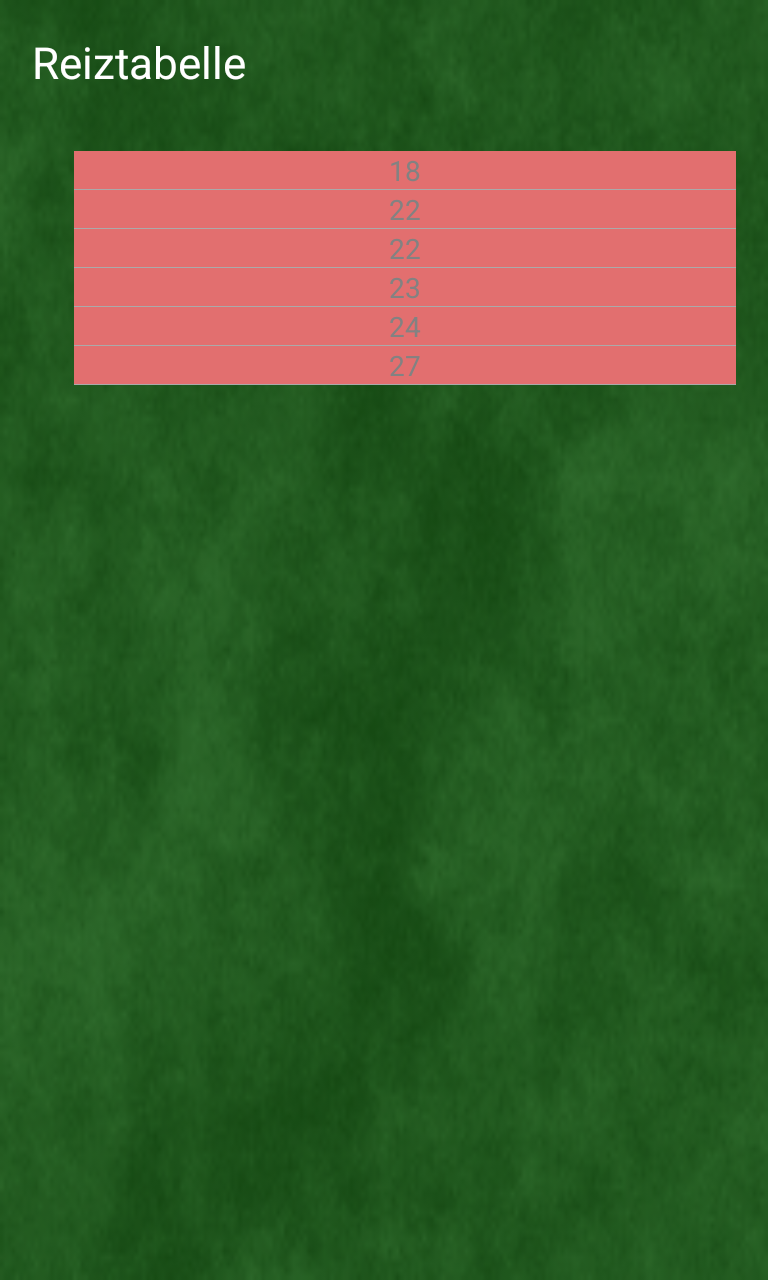
Repository: razinanu/InSy-Skat
Layout: InSy-Skat/res/layout/fragment_result.xml
An editor plug-in stored every save of this project. The layout is shown before and after the next save, followed by the edit.
It is drawn on a 768 x 1280 px phone screen (xhdpi) without system bars, with theme AppTheme; the app's code is not run.

Above is the layout before, as saved 2014-06-20 00:27:35.

### InSy-Skat/res/layout/fragment_result.xml
<RelativeLayout xmlns:android="http://schemas.android.com/apk/res/android"
    xmlns:tools="http://schemas.android.com/tools"
    android:layout_width="match_parent"
    android:layout_height="match_parent"
    android:paddingBottom="@dimen/activity_vertical_margin"
    android:paddingLeft="@dimen/activity_horizontal_margin"
    android:paddingRight="@dimen/activity_horizontal_margin"
    android:paddingTop="@dimen/activity_vertical_margin"
    android:background="@drawable/hintergrundapp"
    tools:context="com.example.insy_skat.ResultActivity$PlaceholderFragment" >

     <TextView
        android:id="@+id/reizTabelleText"
        android:layout_width="wrap_content"
        android:layout_height="wrap_content"
        android:text="@string/reizenTabelle"
        android:textAppearance="?android:attr/textAppearanceLarge"
        android:textColor="#ffffff" />

     <ScrollView
         android:id="@+id/scrollView1"
         android:layout_width="match_parent"
         android:layout_height="match_parent"
         android:layout_alignLeft="@+id/reizTabelleText"
         android:layout_below="@+id/reizTabelleText"
         android:layout_marginLeft="21dp"
         android:layout_marginTop="30dp"
          android:layout_marginBottom="30dp" >

         <LinearLayout
             android:layout_width="match_parent"
             android:layout_height="wrap_content"
             android:orientation="vertical" >

             <TextView
                 android:id="@+id/text18"
                 android:layout_width="match_parent"
                 android:layout_height="wrap_content"
                 android:textColor="@color/textnotAvailable"
                 android:background="@color/backgroundnotAvailable"
                 android:gravity="center"
                 android:text="@string/text18"
                 android:textAppearance="?android:attr/textAppearanceSmall" />
              <View
                android:layout_width="fill_parent"
                android:layout_height="0.2dp"
                android:visibility="visible"
                android:background="@android:color/darker_gray"/>
               <TextView
                 android:id="@+id/text20"
                 android:layout_width="match_parent"
                 android:layout_height="wrap_content"
                 android:textColor="@color/textnotAvailable"
                 android:background="@color/backgroundnotAvailable"
                 android:gravity="center"
                 android:text="@string/text22"
                 android:textAppearance="?android:attr/textAppearanceSmall" />
              <View
                android:layout_width="fill_parent"
                android:layout_height="0.2dp"
                android:visibility="visible"
                android:background="@android:color/darker_gray"/>
               <TextView
                 android:id="@+id/text22"
                 android:layout_width="match_parent"
                 android:layout_height="wrap_content"
                 android:textColor="@color/textnotAvailable"
                 android:background="@color/backgroundnotAvailable"
                 android:gravity="center"
                 android:text="@string/text22"
                 android:textAppearance="?android:attr/textAppearanceSmall" />
              <View
                android:layout_width="fill_parent"
                android:layout_height="0.2dp"
                android:id="@+id/separator"
                android:visibility="visible"
                android:background="@android:color/darker_gray"/>
              <TextView
                 android:id="@+id/text23"
                 android:layout_width="match_parent"
                 android:layout_height="wrap_content"
                 android:textColor="@color/textnotAvailable"
                 android:background="@color/backgroundnotAvailable"
                 android:gravity="center"
                 android:text="@string/text23"
                 android:textAppearance="?android:attr/textAppearanceSmall" />
              <View
                android:layout_width="fill_parent"
                android:layout_height="0.2dp"
                android:visibility="visible"
                android:background="@android:color/darker_gray"/>
               <TextView
                 android:id="@+id/text24"
                 android:layout_width="match_parent"
                 android:layout_height="wrap_content"
                 android:textColor="@color/textnotAvailable"
                 android:background="@color/backgroundnotAvailable"
                 android:gravity="center"
                 android:text="@string/text24"
                 android:textAppearance="?android:attr/textAppearanceSmall" />
              <View
                android:layout_width="fill_parent"
                android:layout_height="0.2dp"
                android:visibility="visible"
                android:background="@android:color/darker_gray"/>
               <TextView
                 android:id="@+id/text27"
                 android:layout_width="match_parent"
                 android:layout_height="wrap_content"
                 android:textColor="@color/textnotAvailable"
                 android:background="@color/backgroundnotAvailable"
                 android:gravity="center"
                 android:text="@string/text27"
                 android:textAppearance="?android:attr/textAppearanceSmall" />
              <View
                android:layout_width="fill_parent"
                android:layout_height="0.2dp"
                android:visibility="visible"
                android:background="@android:color/darker_gray"/>




         </LinearLayout>
     </ScrollView>

</RelativeLayout>

### InSy-Skat/res/values/strings.xml
<?xml version="1.0" encoding="utf-8"?>
<resources>

    <string name="app_name">Reizassistent</string>
    <string name="action_settings">Settings</string>
    <string name="zurueck">Zurück</string>
    <string name="weiter">Weiter</string>
    <string name="menue">Menü</string>
    <string name="abbrechen">Abbrechen</string>
    <string name="farbspielGrand">Farbspiel/Grand</string>
    <string name="nullString">Null</string>
    <string name="grand">Grand</string>
    <string name="reizassistent">Reizassistent</string>
     <string name="bubenAuswaehlen">Buben Auswählen</string>
    <string name="farbenAuswahl">Farben Auswählen</string>
    <string name="reizenTabelle">Reiztabelle</string>
    <string name="title_activity_selected_soldiers">SelectedSoldiers</string>
    <string name="title_activity_farben_auswahl">FarbenAuswahl</string>
    <string name="title_activity_result">ResultActivity</string>
    <string name="info_title">Zusätzliche Informationen</string>
    <string name="text18">18</string>
     <string name="text20">20</string>
    <string name="text22">22</string>
     <string name="text23">23</string>
      <string name="text24">24</string>
      <string name="text27">27</string>
      <string name="text30">30</string>
      <string name="text35">35</string>
      <string name="text36">36</string>
      <string name="text40">40</string>
      <string name="text44">44</string>
      <string name="text45">45</string>
      <string name="text46">46</string>
      <string name="text48">48</string>
      <string name="text50">50</string>
</resources>

### InSy-Skat/res/values/color.xml
<?xml version="1.0" encoding="utf-8"?>
<resources>
<color name="textAvailable">#000000</color>
<color name="textnotAvailable">#828282</color>
<color name="backgroundAvailable">#4CA64C</color>
<color name="backgroundnotAvailable">#E26F6F</color>
</resources>

Loaded but not shown: InSy-Skat/res/values-v11/styles.xml (common file); InSy-Skat/res/values/styles.xml (common file); InSy-Skat/res/values-v14/styles.xml (common file); InSy-Skat/res/values/dimens.xml (common file); InSy-Skat/res/values-w820dp/dimens.xml (common file)

After the next save:
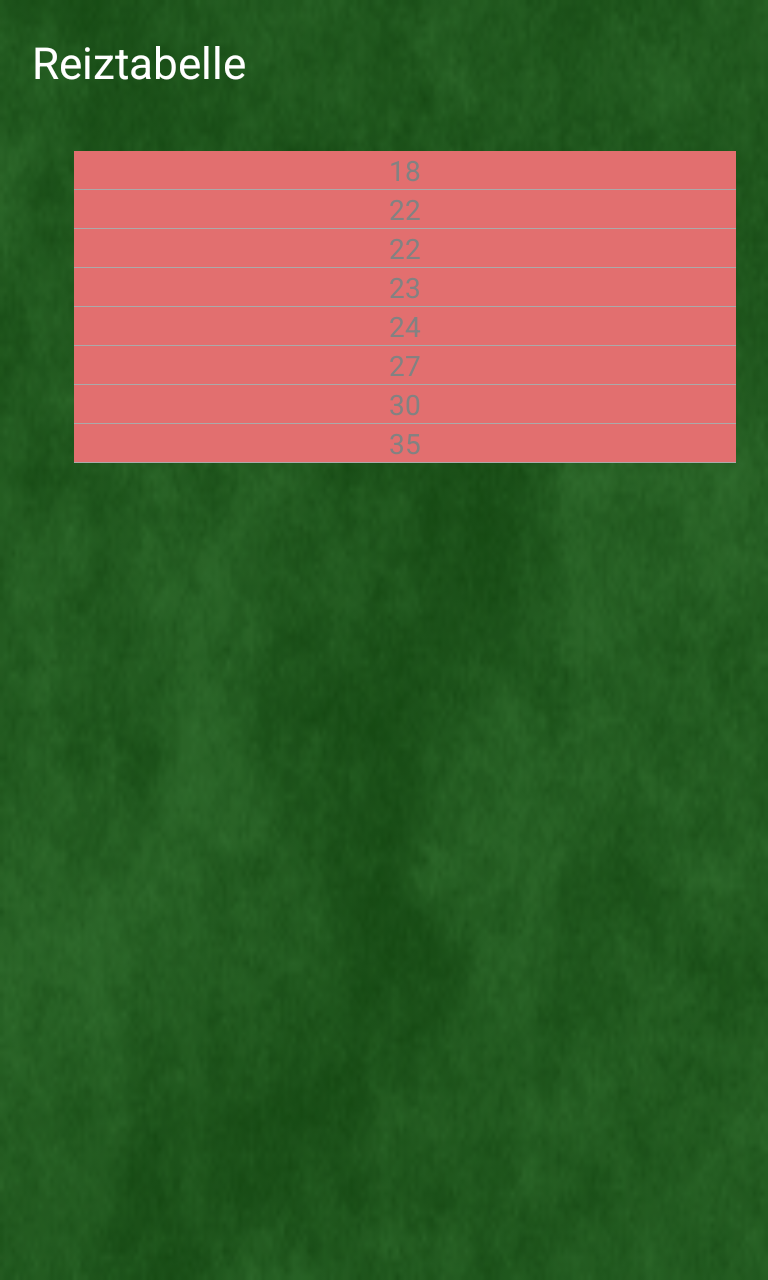
Saved 50 s later.
--- a/InSy-Skat/res/layout/fragment_result.xml
+++ b/InSy-Skat/res/layout/fragment_result.xml
@@ -117,6 +117,34 @@
                 android:layout_height="0.2dp"
                 android:visibility="visible"
                 android:background="@android:color/darker_gray"/>
+               <TextView
+                 android:id="@+id/text30"
+                 android:layout_width="match_parent"
+                 android:layout_height="wrap_content"
+                 android:textColor="@color/textnotAvailable"
+                 android:background="@color/backgroundnotAvailable"
+                 android:gravity="center"
+                 android:text="@string/text30"
+                 android:textAppearance="?android:attr/textAppearanceSmall" />
+              <View
+                android:layout_width="fill_parent"
+                android:layout_height="0.2dp"
+                android:visibility="visible"
+                android:background="@android:color/darker_gray"/>
+               <TextView
+                 android:id="@+id/text35"
+                 android:layout_width="match_parent"
+                 android:layout_height="wrap_content"
+                 android:textColor="@color/textnotAvailable"
+                 android:background="@color/backgroundnotAvailable"
+                 android:gravity="center"
+                 android:text="@string/text35"
+                 android:textAppearance="?android:attr/textAppearanceSmall" />
+              <View
+                android:layout_width="fill_parent"
+                android:layout_height="0.2dp"
+                android:visibility="visible"
+                android:background="@android:color/darker_gray"/>
 
 
 
